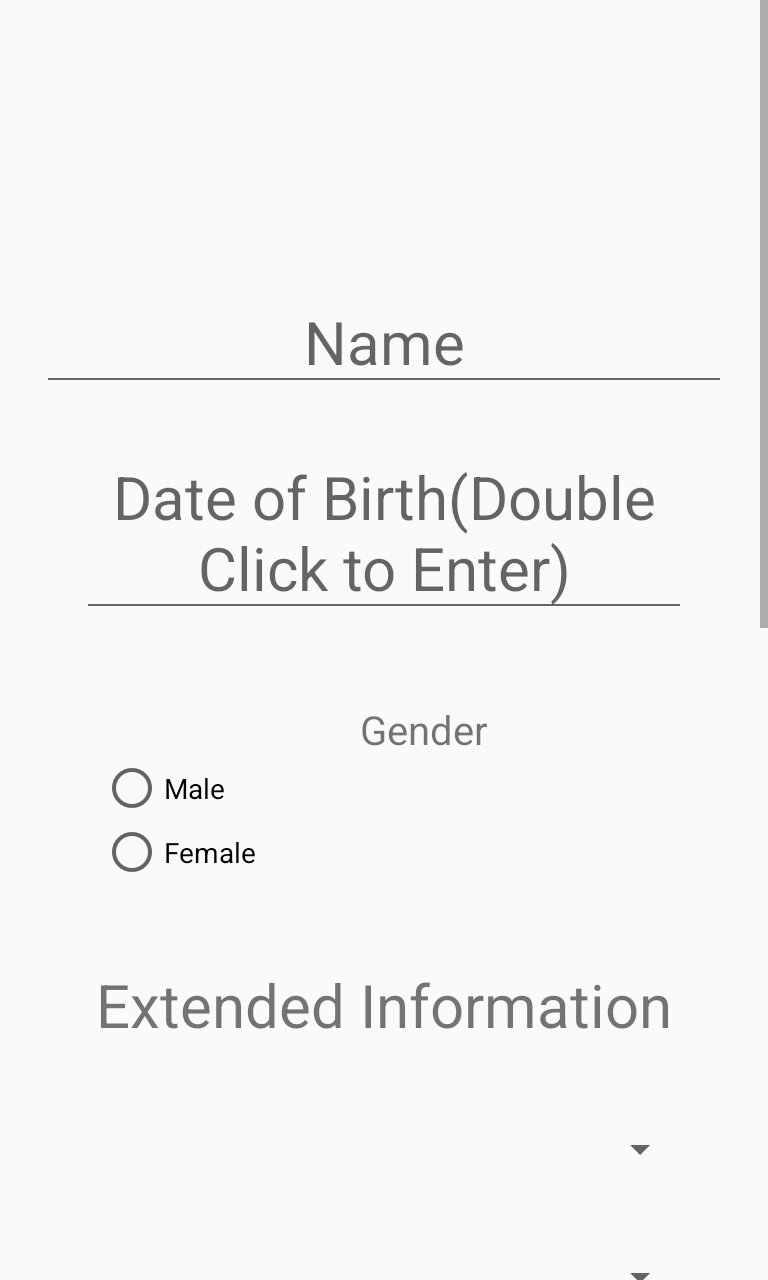
Repository: achavez812/GuatemalaProject2
Layout: GuateMedic-master/GuateMedic/res/layout/fragment_add_new_child.xml
An editor plug-in stored every save of this project. The layout is shown before and after a run of saves, followed by the edit.
It is drawn on a 768 x 1280 px phone screen (xhdpi) without system bars, with theme AppTheme; the app's code is not run.

Above is the layout before, as saved 2014-07-05 01:19:10.

### GuateMedic-master/GuateMedic/res/layout/fragment_add_new_child.xml
<?xml version="1.0" encoding="utf-8"?>
<ScrollView
     xmlns:android="http://schemas.android.com/apk/res/android"
     android:layout_width="match_parent"
     android:layout_height="match_parent">
	 <LinearLayout
	     android:layout_width="match_parent"
	     android:layout_height="match_parent"
	     android:orientation="vertical"
	     android:gravity="center"
	     android:padding="20dp">

	     <TextView
	         android:id="@+id/add_new_child_family"
	         android:layout_width="wrap_content"
	         android:layout_height="wrap_content"
	         android:gravity="center"
	         android:textSize="30sp"
	         android:layout_marginBottom="40dp"
	         android:layout_marginTop="20dp" />

	     <EditText
	         android:id="@+id/add_new_child_name"
	         android:layout_width="match_parent"
	         android:layout_height="wrap_content"
	         android:gravity="center"
	         android:layout_marginTop="20dp"
	         android:textSize="30sp"
	         android:hint="Name" />

	     <EditText
	         android:id="@+id/add_new_child_dob"
	         android:layout_width="match_parent"
	         android:layout_height="wrap_content"
	         android:gravity="center"
	         android:textSize="30sp"

	         android:layout_marginTop="20dp"
	         android:layout_centerHorizontal="true"
	         android:layout_below="@+id/add_new_child_name"
	         android:hint="Date of Birth(Double Click to Enter)"
	         android:layout_margin="20dp"

	         />

     <TextView android:id="@+id/gender_title"
         android:text="Gender"
         android:layout_width="wrap_content"
         android:layout_height="wrap_content"
         android:layout_centerHorizontal="true"
         android:textSize="20sp"
         android:layout_below="@+id/add_new_child_dob"
         android:layout_marginTop="20dp"
         android:layout_marginLeft="20dp"
         android:layout_alignParentLeft="true"/>
     <RadioGroup
         android:id="@+id/add_new_child_gender"
         android:textSize="30sp"
         android:layout_width="match_parent"
         android:layout_height="wrap_content"
         android:layout_centerHorizontal="true"
         android:layout_below="@+id/gender_title"
         android:tag="Gender"
         android:layout_marginBottom="20dp"
         android:layout_marginLeft="20dp"
         >
         <RadioButton
             android:id="@+id/male"
             android:layout_width="wrap_content"
             android:layout_height="wrap_content"
             android:text="Male"/>
         <RadioButton
             android:id="@+id/female"
             android:layout_width="wrap_content"
             android:layout_height="wrap_content"
             android:text="Female"/>
     </RadioGroup>

     <TextView
         android:id="@+id/add_new_child_textview3"
         android:textSize="30sp"
         android:layout_centerHorizontal="true"
         android:layout_below="@+id/add_new_child_gender"
         android:layout_width="wrap_content"
         android:layout_height="wrap_content"
         android:text="Extended Information"
         android:layout_margin="20dp" />

     <Spinner
         android:id="@+id/add_new_child_type_of_birth"
         android:textSize="30sp"
         android:layout_width="match_parent"
         android:layout_height="wrap_content"
         android:layout_marginTop="10dp"
         android:layout_centerHorizontal="true"
         android:layout_below="@+id/add_new_child_textview3"
         android:hint="Type of Birth"
         android:layout_margin="20dp"
         />

     <Spinner
         android:id="@+id/add_new_child_num_children_in_same_pregnancy"
         android:textSize="30sp"
         android:layout_width="match_parent"
         android:layout_height="wrap_content"
         android:layout_marginTop="20dp"
         android:layout_centerHorizontal="true"
         android:layout_below="@id/add_new_child_type_of_birth"
         android:hint="Number of Children in Same Pregnancy"
         android:layout_margin="20dp"
         />

     <EditText
         android:id="@+id/add_new_child_months_gestated"
         android:textSize="30sp"
         android:layout_width="match_parent"
         android:layout_height="wrap_content"
         android:layout_marginTop="20dp"
         android:layout_centerHorizontal="true"
         android:inputType="numberDecimal"
         android:layout_below="@id/add_new_child_num_children_in_same_pregnancy"
         android:hint="Months Gestated"
         android:layout_margin="20dp"
         />

     <Spinner
         android:id="@+id/add_new_child_prenatal_care"
         android:textSize="30sp"
         android:layout_width="match_parent"
         android:layout_height="wrap_content"
         android:layout_marginTop="20dp"
         android:layout_centerHorizontal="true"
         android:layout_below="@+id/add_new_child_months_gestated"
         android:hint="Prenatal Care"
         android:layout_margin="20dp"
         />

     <EditText
         android:id="@+id/add_new_child_birth_weight"
         android:textSize="30sp"
         android:layout_width="match_parent"
         android:layout_height="wrap_content"
         android:layout_marginTop="20dp"
         android:layout_centerHorizontal="true"
         android:inputType="numberDecimal"
         android:layout_below="@+id/add_new_child_prenatal_care"
         android:hint="Birth Weight (kg)"
         android:layout_margin="20dp"
         />

     <EditText
         android:id="@+id/add_new_child_birth_height"
         android:textSize="30sp"
         android:layout_width="match_parent"
         android:layout_height="wrap_content"
         android:layout_marginTop="20dp"
         android:layout_centerHorizontal="true"
         android:inputType="numberDecimal"
         android:layout_below="@+id/add_new_child_birth_weight"
         android:hint="Birth Height (cm)"
         android:layout_margin="20dp"
         />

     <EditText
         android:id="@+id/add_new_child_youngest_sibling_dob"
         android:textSize="30sp"
         android:layout_width="match_parent"
         android:layout_height="wrap_content"
         android:layout_marginTop="20dp"
         android:layout_centerHorizontal="true"
         android:layout_below="@+id/add_new_child_birth_height"
         android:hint="Youngest Sibling Date of Birth(Double Click to Enter)"
         android:layout_margin="20dp"
         />

     <Button
         android:id="@+id/add_new_child_button"
         android:layout_width="150dp"
         android:layout_height="wrap_content"
         android:layout_below="@+id/add_new_child_youngest_sibling_dob"
         android:text="Add Child"
         android:layout_marginBottom="40dp"
         android:layout_centerHorizontal="true"
         android:layout_margin="20dp"
         />
       <TextView
           android:id="@+id/footer_add_child"
           android:layout_width="0dp"
           android:layout_height="0dp"
           android:layout_below="@+id/add_new_child_button"
           />
 	</LinearLayout>
</ScrollView>

### GuateMedic-master/GuateMedic/res/values/styles.xml
<resources xmlns:android="http://schemas.android.com/apk/res/android">

    <!--
        Base application theme, dependent on API level. This theme is replaced
        by AppBaseTheme from res/values-vXX/styles.xml on newer devices.
    -->

    <!-- Application theme. -->
    <style name="AppTheme" parent="@style/Theme.AppCompat.Light.DarkActionBar">
        <!-- All customizations that are NOT specific to a particular API-level can go here. -->
    	<item name="android:typeface">sans</item>
        <item name="actionBarStyle">@style/MyActionBar</item>
    	<item name="android:actionBarStyle">@style/MyActionBar</item>
    	<item name="android:actionOverflowButtonStyle">@style/OverFlow</item>
    	<item name="android:popupMenuStyle">@style/MyPopupMenu</item>
    	<item name="popupMenuStyle">@style/MyPopupMenu</item>
        <item name="android:panelBackground">#004d6b</item>
         <item name="android:itemTextAppearance">@style/myCustomMenuTextApearance</item>

    </style>
       <style name="myCustomMenuTextApearance" parent="@android:style/TextAppearance.Widget.IconMenu.Item">
        <item name="android:textColor">#FFFFFF</item>
        <item name="android:textSize">20sp</item>

    </style>
    <style name="MyActionBar" parent="@style/Widget.AppCompat.Light.ActionBar.Solid.Inverse">
        <item name="android:background">#004d6b</item>
        <item name="android:titleTextStyle">@style/TitleText</item>



    </style>

    <style name ="MyPopupMenu" parent="android:Theme.Holo.Light">
        <item name="android:popupBackground">#004d6b</item>
    </style>

    <style name="OverFlow" parent="@android:style/Widget.Holo.ActionButton.Overflow">
    	<item name="android:src">@drawable/ic_action_overflow</item>
	</style>
    <style name="TitleText">
        <item name="android:textColor">#FFFFFF</item>
        <item name="android:typeface">sans</item>
        <item name="android:textSize">30sp</item>

    </style>
	<!--
	<style name="HomePage" parent="AppTheme">
	<item name="android:background"> @drawable/guatemala_home_bg </item>
	</style>
	    -->





</resources>

After the next 2 saves:
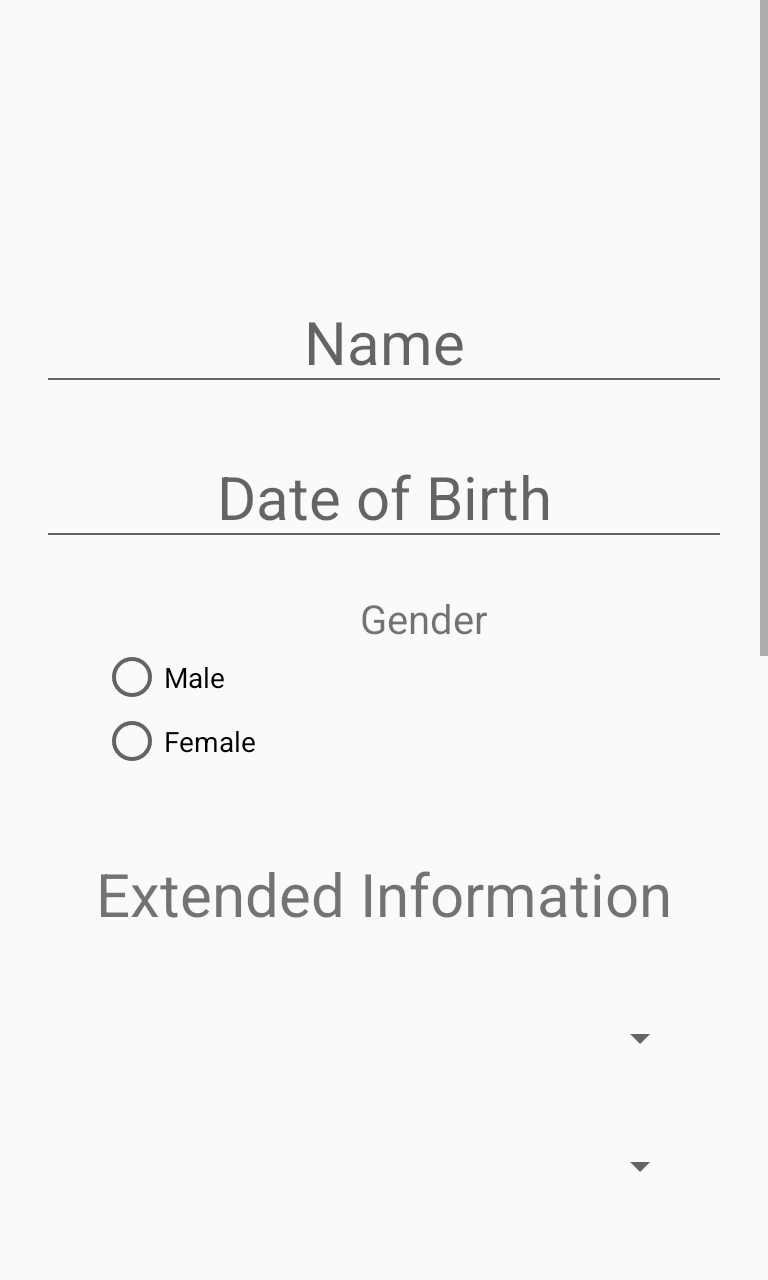
The 2 saves are shown as one change because they came seconds apart.
The last was saved 49 s later.
--- a/GuateMedic-master/GuateMedic/res/layout/fragment_add_new_child.xml
+++ b/GuateMedic-master/GuateMedic/res/layout/fragment_add_new_child.xml
@@ -33,15 +33,9 @@
 	         android:layout_width="match_parent"
 	         android:layout_height="wrap_content"
 	         android:gravity="center"
+	         android:layout_marginTop="20dp"
 	         android:textSize="30sp"
-
-	         android:layout_marginTop="20dp"
-	         android:layout_centerHorizontal="true"
-	         android:layout_below="@+id/add_new_child_name"
-	         android:hint="Date of Birth(Double Click to Enter)"
-	         android:layout_margin="20dp"
-
-	         />
+	         android:hint="Date of Birth" />
 
      <TextView android:id="@+id/gender_title"
          android:text="Gender"
